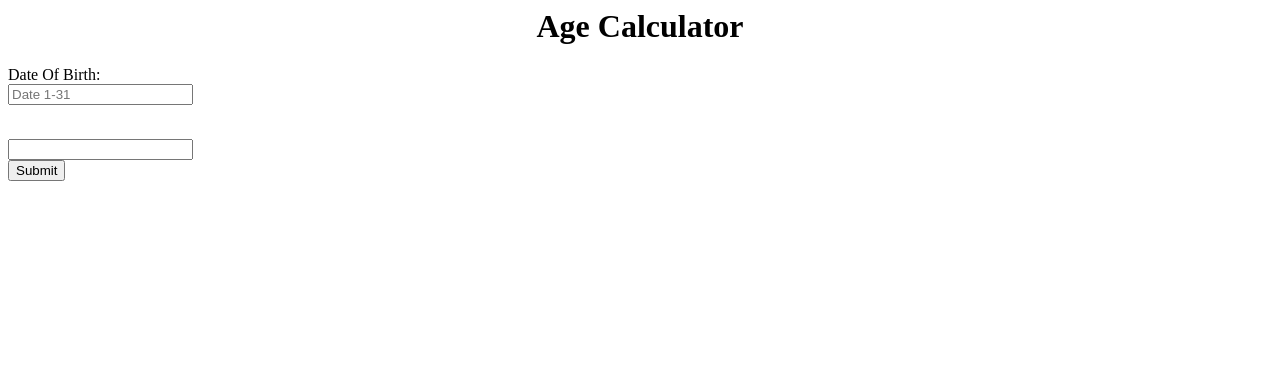
Repository: Badkul77/Nagarro_Web_App_Assignment
Page: http://localhost/our-web-app/
The author's editor kept a copy of each file at every save. The page is drawn from the files as they stood at one save, then again after the next save.
The browser window is 1280 px wide. The pictures show the whole page.
The page is served by Tomcat 9. Other server files are loaded and not shown.

Above is the page before, as saved 2021-03-08 10:54:18.

### our-web-app/src/main/webapp/index.jsp
<html>
<body>
<form action="add">
 <h1 style="text-align:center">Age Calculator</h1>
<p>Date Of Birth:<br><input type= "number"  placeholder="Date 1-31" name="t1"></p><br>
<input type= "number" name="t2"><br>
<button type="submit">Submit</button>
</form>
</body>
</html>

After the next save:
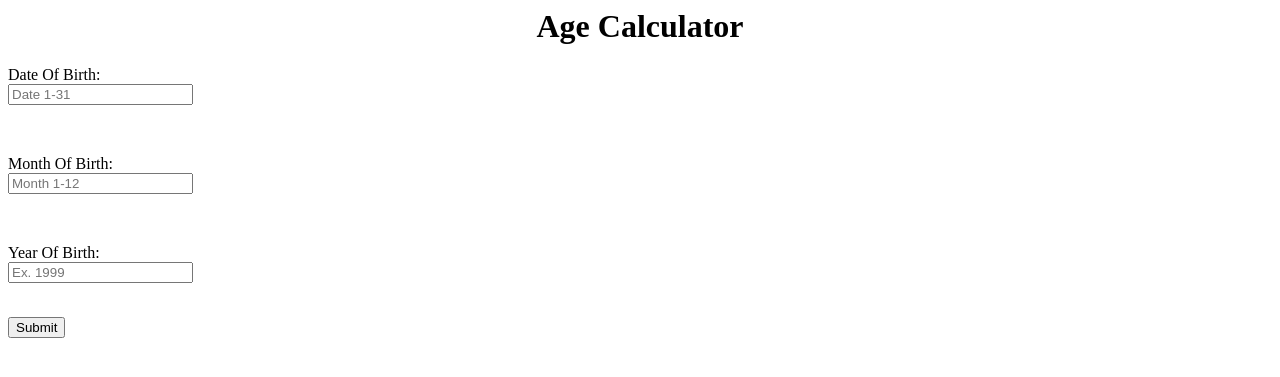
Saved 88 s later.
--- a/our-web-app/src/main/webapp/index.jsp
+++ b/our-web-app/src/main/webapp/index.jsp
@@ -3,7 +3,8 @@
 <form action="add">
  <h1 style="text-align:center">Age Calculator</h1>
 <p>Date Of Birth:<br><input type= "number"  placeholder="Date 1-31" name="t1"></p><br>
-<input type= "number" name="t2"><br>
+<p>Month Of Birth:<br><input type= "number"  placeholder="Month 1-12" name="t2"></p><br>
+<p>Year Of Birth:<br><input type= "number"  placeholder="Ex. 1999" name="t3"></p><br>
 <button type="submit">Submit</button>
 </form>
 </body>
